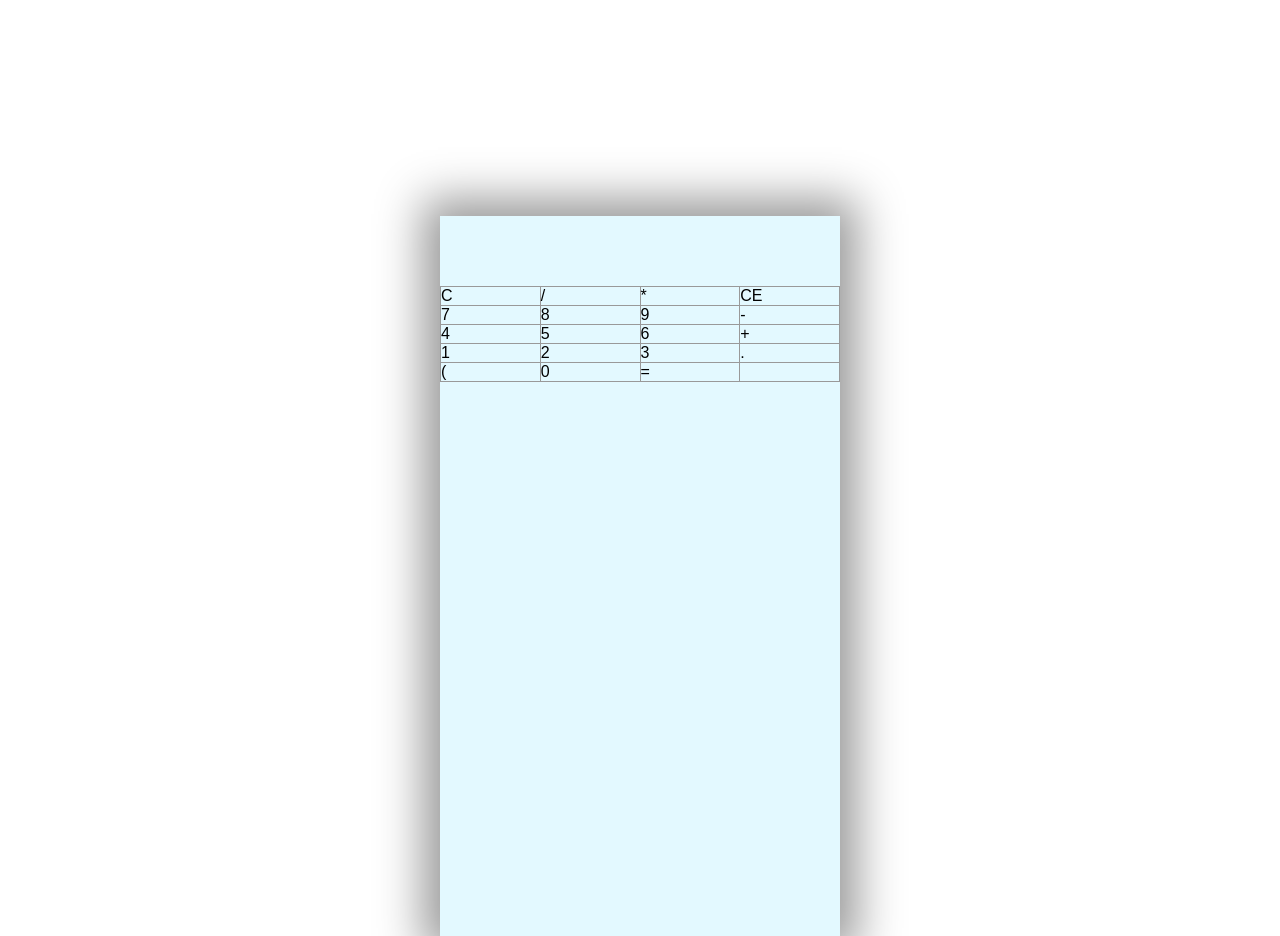
Repository: LuisMiLR/Calculatrice-with-JS---HTML---CSS-
Page: index.html
An editor plug-in stored every save of this project. The page is shown before and after a run of saves, followed by the edit.
The browser window is 1280 px wide. The pictures show the whole page.

Above is the page before, as saved 2023-03-20 15:09:52.

### index.html
<!DOCTYPE html>
<html lang="fr">
<head>
    <meta charset="UTF-8">
    <meta http-equiv="X-UA-Compatible" content="IE=edge">
    <meta name="viewport" content="width=device-width, initial-scale=1.0">
    <title>Calculator with javascript</title>
    <link rel="stylesheet" href="./style.css">
    <script src="app.js" defer></script>
</head>
<body>
    <div class="container"></div>

</body>
</html>

### style.css
*{
    padding: 0;
    margin: 0;
    font-family: sans-serif;
    box-sizing: border-box;
}

.container {
    width: 400px;
    height: 100vh;
    background:#e3f9ff;
    margin: 10vh auto 0 auto;
    margin-top: 30vh;
    box-shadow: 0px 0px 43px 17px rgba(153,153,153,1);
}
#display {
    text-align: right;
    color: #83ba15;
    height: 70px;
    line-height: 70px;
    padding: 16px 8px;
    font-size: 25px;
}

.buttons {
    display: grid;
    border-bottom: 1px solid #999;
    border-left: 1px solid #999;
    grid-template-columns: 1fr 1fr 1fr 1fr;
}

.buttons > div {
    border-top: 1px solid #999;
    border-right: 1px solid #999;
}
.button1, .button2, .button3, .button4, .button5, .button6, .button7,.button8, .button9, .button10, .button11, .button12, .button13, .button14, .button15, .button16, .button17, .button18, .button19 {
    border:  0.5px solid #999;
    line-height: 100px;
    text-align: center;
    font-size: 25px;
    cursor: pointer;
}

#equal {
    background-color: #5555ff;
    color : white;
}

.button1:hover, .button2:hover, .button3:hover, .button4:hover, .button5:hover, .button6:hover, .button7:hover, .button8:hover, .button9:hover, .button10:hover, .button11:hover, .button12:hover, .button13:hover, .button14:hover, .button15:hover, .button16:hover, .button17:hover, .button18:hover, .button19:hover {
background-color: #83ba15;
color: white;
transition: 0.5 ease-in-out;
}

### app.js
{
const container = document.querySelector('.container');

const divId = document.createElement("div");
container.appendChild(divId);
divId.setAttribute("id","display");

const buttons = document.createElement("div");
buttons.classList.add("buttons");
container.appendChild(buttons);

const button = document.createElement('div');
button.className = "bouton";
button.textContent = "C";
buttons.appendChild(button);

const button1 = document.createElement('div');
button1.className = "bouton1";
button1.textContent = "/";
buttons.appendChild(button1);

const button2 = document.createElement('div');
button2.className = "bouton2";
button2.textContent = "*";
buttons.appendChild(button2);

const button3 = document.createElement('div');
button3.className = "bouton3";
button3.textContent = "CE";
buttons.appendChild(button3);

const button4 = document.createElement('div');
button4.className = "bouton4";
button4.textContent = "7";
buttons.appendChild(button4);

const button5 = document.createElement('div');
button5.className = "bouton5";
button5.textContent = "8";
buttons.appendChild(button5);

const button6 = document.createElement('div');
button6.className = "bouton6";
button6.textContent = "9";
buttons.appendChild(button6);

const button7 = document.createElement('div');
button7.className = "bouton7";
button7.textContent = "-";
buttons.appendChild(button7);

const button8 = document.createElement('div');
button8.className = "bouton8";
button8.textContent = "4";
buttons.appendChild(button8);

const button9 = document.createElement('div');
button9.className = "bouton9";
button9.textContent = "5";
buttons.appendChild(button9);

const button10 = document.createElement('div');
button10.className = "bouton10";
button10.textContent = "6";
buttons.appendChild(button10);

const button11 = document.createElement('div');
button11.className = "bouton11";
button11.textContent = "+";
buttons.appendChild(button11);

const button12 = document.createElement('div');
button12.className = "bouton12";
button12.textContent = "1";
buttons.appendChild(button12);

const button13 = document.createElement('div');
button13.className = "bouton13";
button13.textContent = "2";
buttons.appendChild(button13);

const button14 = document.createElement('div');
button14.className = "bouton14";
button14.textContent = "3";
buttons.appendChild(button14);

const button15 = document.createElement('div');
button15.className = "bouton15";
button15.textContent = ".";
buttons.appendChild(button15);

const button16 = document.createElement('div');
button16.className = "bouton16";
button16.textContent = "(";
buttons.appendChild(button16);

const button17 = document.createElement('div');
button17.className = "bouton17";
button17.textContent = "0";
buttons.appendChild(button17);

const button18 = document.createElement('div');
button18.className = "bouton18";
button18.textContent = ")";
buttons.appendChild(button18);

const button19 = document.createElement("div");
button19.setAttribute("id","button19");
button18.textContent = "=";
buttons.appendChild(button19);






}

After the next 3 saves:
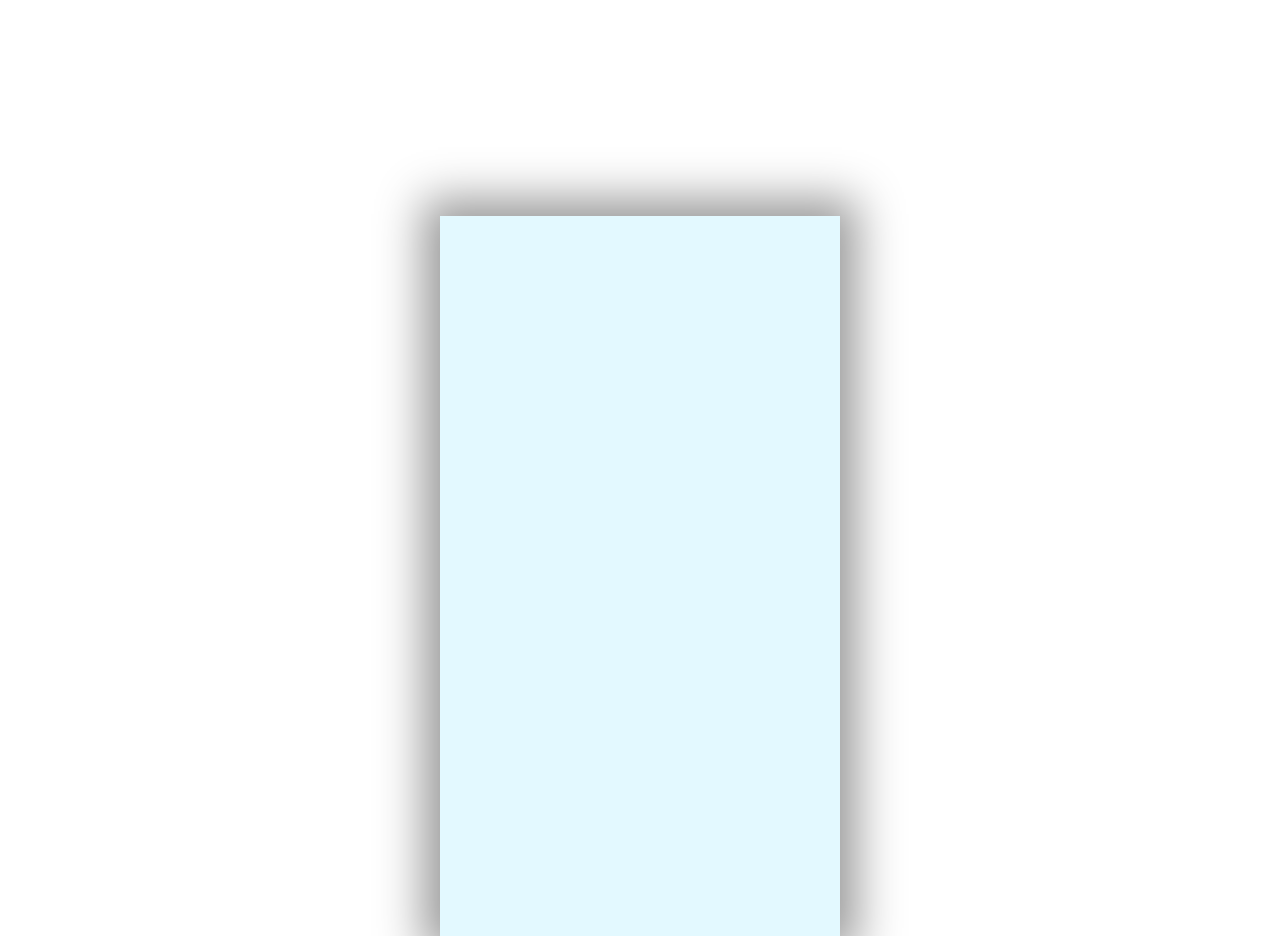
Console error: SyntaxError: Unexpected token '{'
The 3 saves are shown as one change because they came seconds apart.
The last was saved 13 s later.
--- a/app.js
+++ b/app.js
@@ -1,4 +1,4 @@
-{
+document{
 const container = document.querySelector('.container');
 
 const divId = document.createElement("div");
